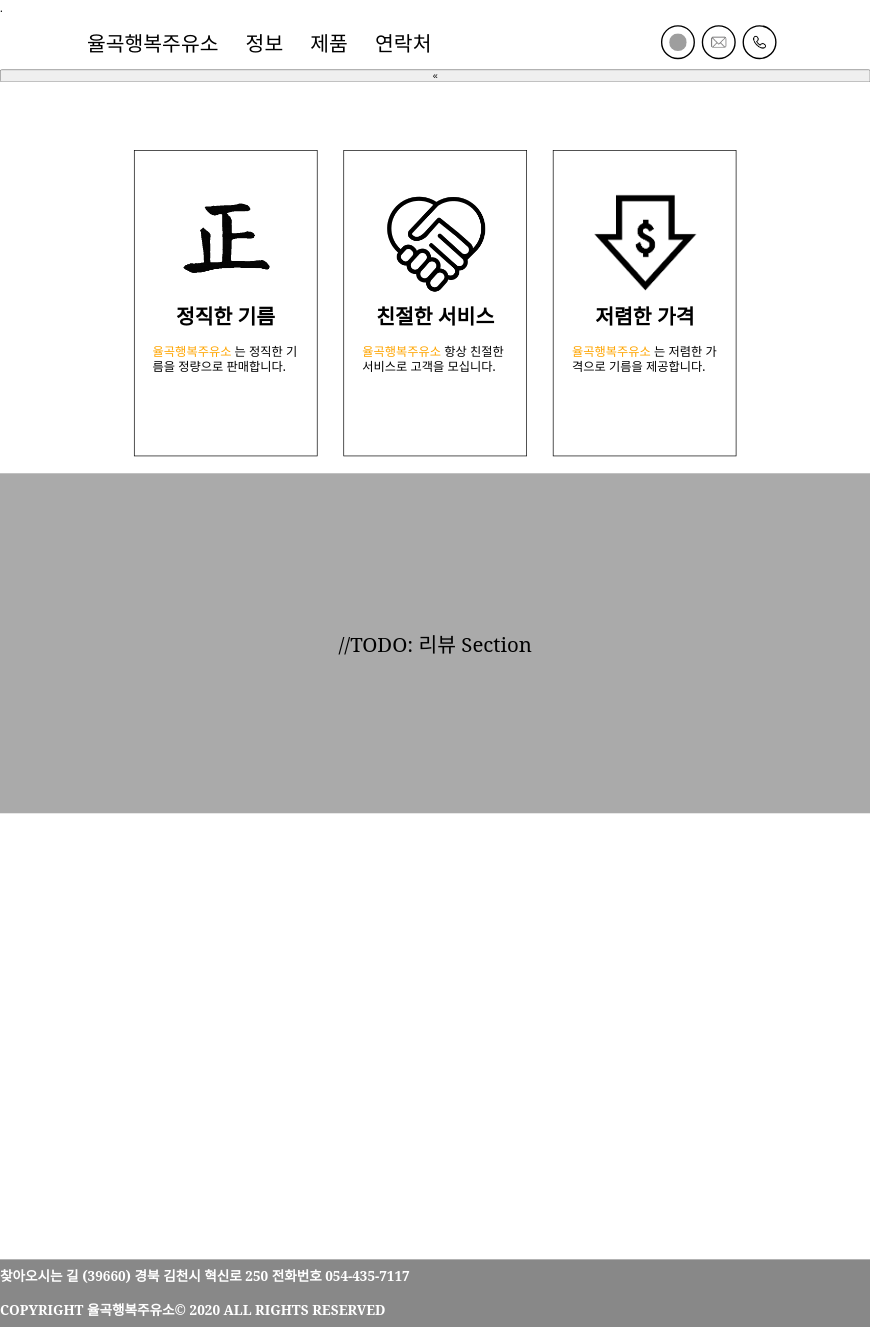
Repository: randomUser134923/pet-projects
Page: pet-projects/web1/index.html
The author's editor kept a record of every edit. The page is drawn from the files as they stood at one moment, then again after the next edit.
The browser window is 1280 px wide. The pictures show the whole page, at 68% of full size.
Pictures or frames that could not be fetched are drawn as grey boxes.

Above is the page before.

After the next edit:
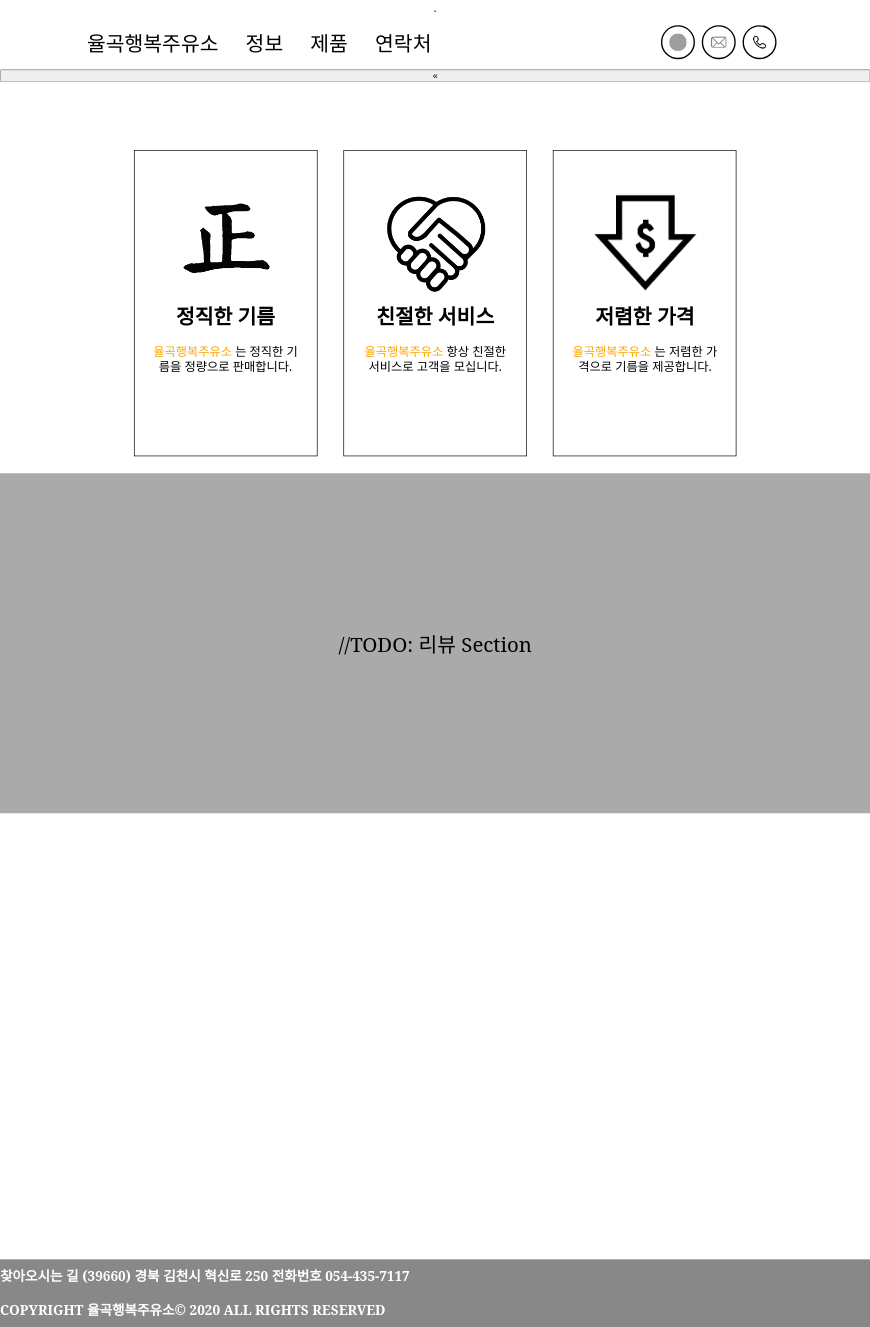
The edit:
--- a/pet-projects/web1/css/banner.css
+++ b/pet-projects/web1/css/banner.css
@@ -1,84 +1,75 @@
+body, html {
+  padding: 0;
+  margin: 0;
+  width: 100%;
 
-i {
-    margin: 0;
-	padding: 0;
-	border: 0;
-	font-size: 100%;
-	font: inherit;
-	vertical-align: baseline;
+  text-align: center;
 }
 
-
-#slides{
-    position: relative;
-    width: 100%;
-    padding: 0;
-    margin: 0;
+input {
+  position: absolute;
+  opacity: 0;
+  margin-top: 95vh;
+  cursor: pointer;
 }
 
-.slide{
-    height:100%;
-    position: relative;
-    left: 0;
-    top: 0;
-    width: 100%;
-    opacity: 0;
-    transition: opacity 1s;
-    background-size: cover;
+label {
+  display: inline-block;
+  width: 12px;
+  height: 12px;
+  border: solid 2px white;
+  border-radius: 999px;
+  background-color: transparent;
+  margin: 95vh 6px 0 6px;
+  z-index: 2;
+  cursor: pointer;
+  transition-duration: .4s;
 }
 
-.showing{
-    opacity: 1;
-    z-index: 2;
+input:checked + label{
+  background-color: white;
 }
 
-.slide1{
-    background-image: url("../images/img1.jpg")
+input:focus + label{
+  box-shadow: 0 0 0 2px teal, 0 0 18px white;
 }
 
-.slide2{
-    background-image: url(("../images/img2.jpg)
+.slide {
+  position: absolute;
+  background-position: center;
+  background-size: cover;
+  background-repeat: no-repeat;
+  width: 100%;
+  height: 100%;
+  top: 0;
+  left: 0;
+  z-index: -1;
+  transform: translateX(-100%);
+  transition-duration: .4s;
+  opacity: 1;
 }
 
-.slide3{
-  background-image: url(("../images/img3.jpg")
+input:checked ~ .slide {
+  transform: translateX(100%);
 }
 
-
-
-.arrow{
-  color: #fff;
-  z-index: 3;
-  position: absolute;
-  top: 80%;
-  transition: color 1s;
-    font-size: 30px;
+input:checked + label + .slide {
+  transform: translateX(0);
+  opacity: 1;
 }
 
-.arrow:hover{
-  cursor: pointer;
-  color: #444;
-
+.bg1{
+  background-image: url(https://images.unsplash.com/photo-1422806310414-91469fe4977e?ixlib=rb-0.3.5&q=85&fm=jpg&crop=entropy&cs=srgb&ixid=eyJhcHBfaWQiOjE0NTg5fQ&s=114e7a73b2385128045a5555b981e939);
 }
-
-.arrow-next{
-  left: 20%;
+.bg2{
+  background-image: url(https://images.unsplash.com/photo-1490020641477-3b0e96306b9a?ixlib=rb-0.3.5&q=85&fm=jpg&crop=entropy&cs=srgb&ixid=eyJhcHBfaWQiOjE0NTg5fQ&s=d8358f021c68f49335fe44b10f70b700);
 }
-
-.arrow-prev{
-  right: 20%;
+.bg3{
+  background-image: url(https://images.unsplash.com/photo-1512529111457-3e8a595ef8e9?ixlib=rb-0.3.5&q=85&fm=jpg&crop=entropy&cs=srgb&ixid=eyJhcHBfaWQiOjE0NTg5fQ&s=9b3ab76b65a358830d60ca43be76f2e1);
 }
-
-
-
-@media(min-width: 750px){
-
-    .arrow-next{
-      left: 40%;
-    }
-
-    .arrow-prev{
-      right: 40%;
-    }
-
+.bg4{
+  background-image: url(https://images.unsplash.com/photo-1504700610630-ac6aba3536d3?ixlib=rb-0.3.5&q=85&fm=jpg&crop=entropy&cs=srgb&ixid=eyJhcHBfaWQiOjE0NTg5fQ&s=92d2cae094fb24e5266221828ee251e2);
 }
+.bg5{
+  background-image: url(https://images.unsplash.com/reserve/wPCyys8TPCHY3GXm2N2D_ssp_inthewoods_1.jpg?ixlib=rb-0.3.5&q=85&fm=jpg&crop=entropy&cs=srgb&ixid=eyJhcHBfaWQiOjE0NTg5fQ&s=654d988a19f43ca9ac27f2eacbe2a554);
+}
